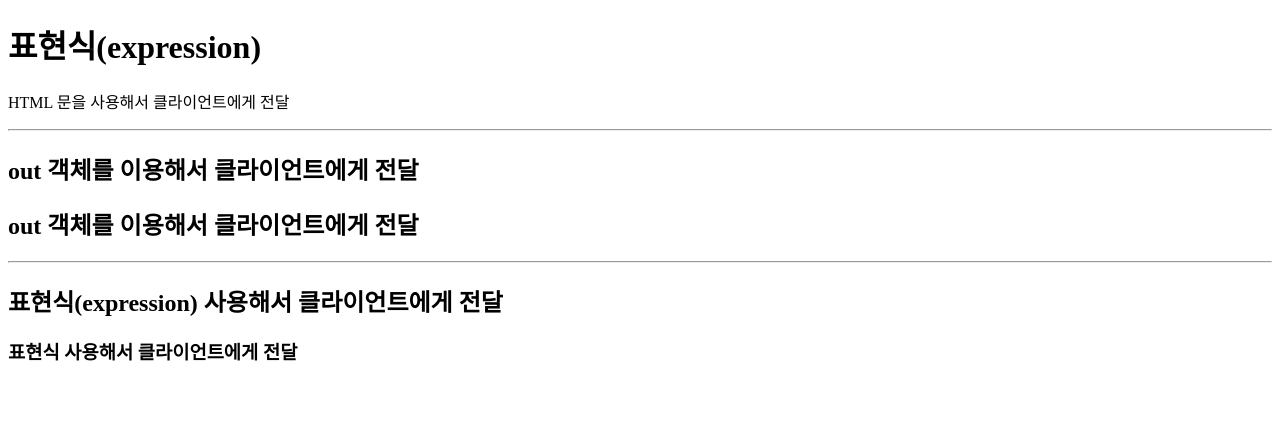
Repository: SeYoung1012/Bitcamp
Page: http://localhost/02_JSP/ex03_expression.jsp
These files come from the project's save history. The page is drawn as it stood at one moment and after the next save; the edit follows.
The browser window is 1280 px wide. The pictures show the whole page.
The page is served by Tomcat 9.

Above is the page before, as saved 2021-09-24 08:57:27.

### 60_web/02_JSP/WebContent/ex03_expression.jsp
<%@ page language="java" contentType="text/html; charset=UTF-8"
    pageEncoding="UTF-8"%>
<!DOCTYPE html>
<html>
<head>
<meta charset="UTF-8">
<title> 표현식 (expression)</title>
</head>
<body>
	<h1> 표현식(expression) </h1>
	<p> HTML 문을 사용해서 클라이언트에게 전달</p>
	<hr>
	<% out.print("<h2> out 객체를 이용해서 클라이언트에게 전달</h2> "); %>
	<h2> <% out.print("out 객체를 이용해서 클라이언트에게 전달"); %></h2>
	<hr>

	<h2> 표현식(expression) 사용해서 클라이언트에게 전달</h2>
	<h3> <%= "표현식 사용해서 클라이언트에게 전달" %></h3>

</body>
</html>

After the next save:
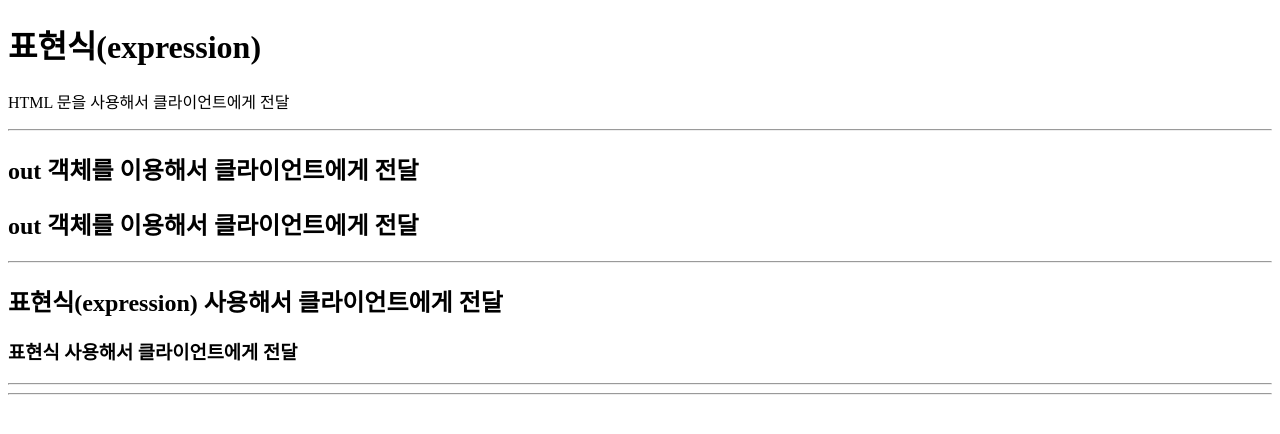
Saved 50 s later.
--- a/60_web/02_JSP/WebContent/ex03_expression.jsp
+++ b/60_web/02_JSP/WebContent/ex03_expression.jsp
@@ -16,6 +16,8 @@
 
 	<h2> 표현식(expression) 사용해서 클라이언트에게 전달</h2>
 	<h3> <%= "표현식 사용해서 클라이언트에게 전달" %></h3>
+	<hr><hr>
+
 
 </body>
 </html>
